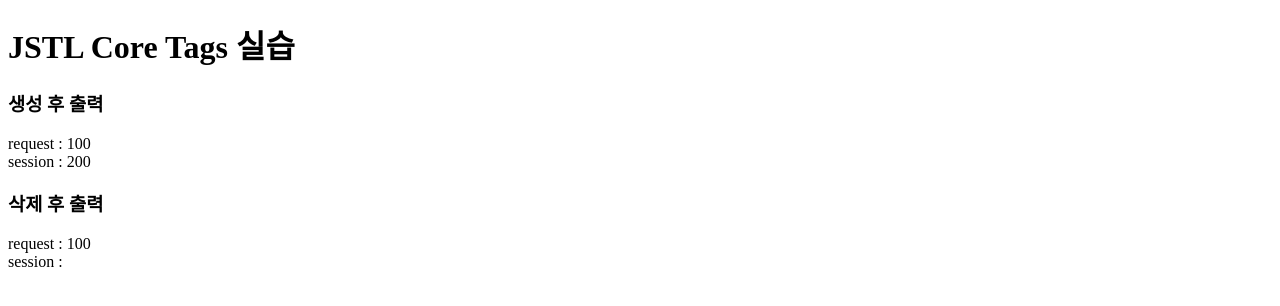
Repository: ajtwls1256/Web-workspace
Page: http://localhost/Day55-jspTag/JSTL/jsp_JSTL_Basic3.jsp
An editor plug-in stored every save of this project. The page is shown before and after the next save, followed by the edit.
The browser window is 1280 px wide. The pictures show the whole page.
The page is served by Tomcat 9.

Above is the page before, as saved 2019-10-14 04:51:38.

After the next save:
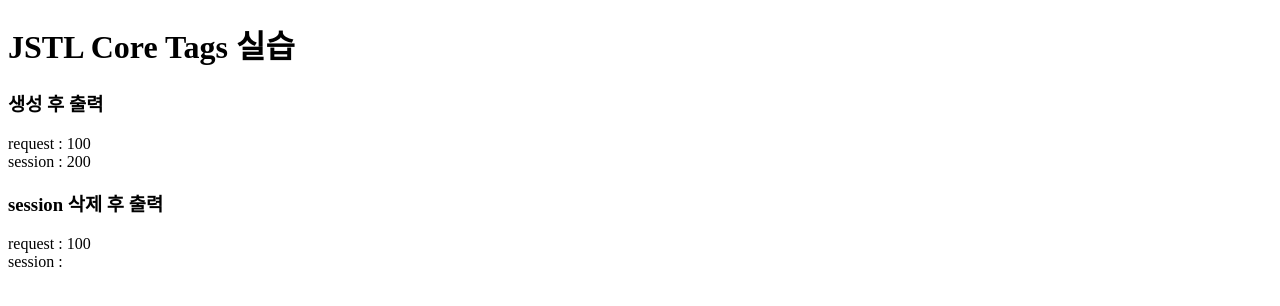
Saved 12 s later.
--- a/Day55-jspTag/WebContent/JSTL/jsp_JSTL_Basic3.jsp
+++ b/Day55-jspTag/WebContent/JSTL/jsp_JSTL_Basic3.jsp
@@ -16,7 +16,7 @@
 	session : ${sessionScope.num1 }<br>
 
 	<c:remove var="num1" scope="session"/>
-	<h3>삭제 후 출력</h3>
+	<h3>session 삭제 후 출력</h3>
 	request : ${requestScope.num1 }<br>
 	session : ${sessionScope.num1 }<br>
 
